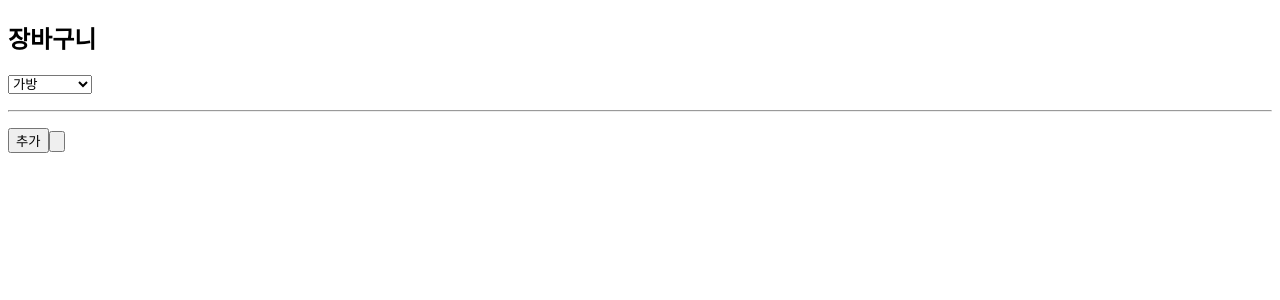
Repository: Blair-Kim/JSP
Page: http://localhost/Day2/7_basket.jsp
An editor plug-in stored every save of this project. The page is shown before and after the next save, followed by the edit.
The browser window is 1280 px wide. The pictures show the whole page.
The page is served by Tomcat 9.

Above is the page before, as saved 2022-01-13 04:22:34.

After the next save:
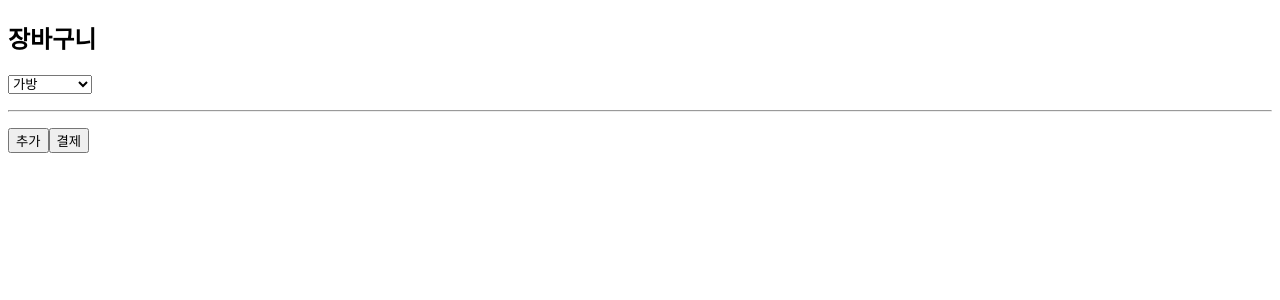
Saved 23 s later.
--- a/Day2/WebContent/7_basket.jsp
+++ b/Day2/WebContent/7_basket.jsp
@@ -21,7 +21,7 @@
 		<hr>
 		<p>
 			<input type="submit" value="추가"><input type="button"
-				valuse="결제" onclick="payment()">
+				value="결제" onclick="payment()">
 		</p>
 	</form>
 </body>
